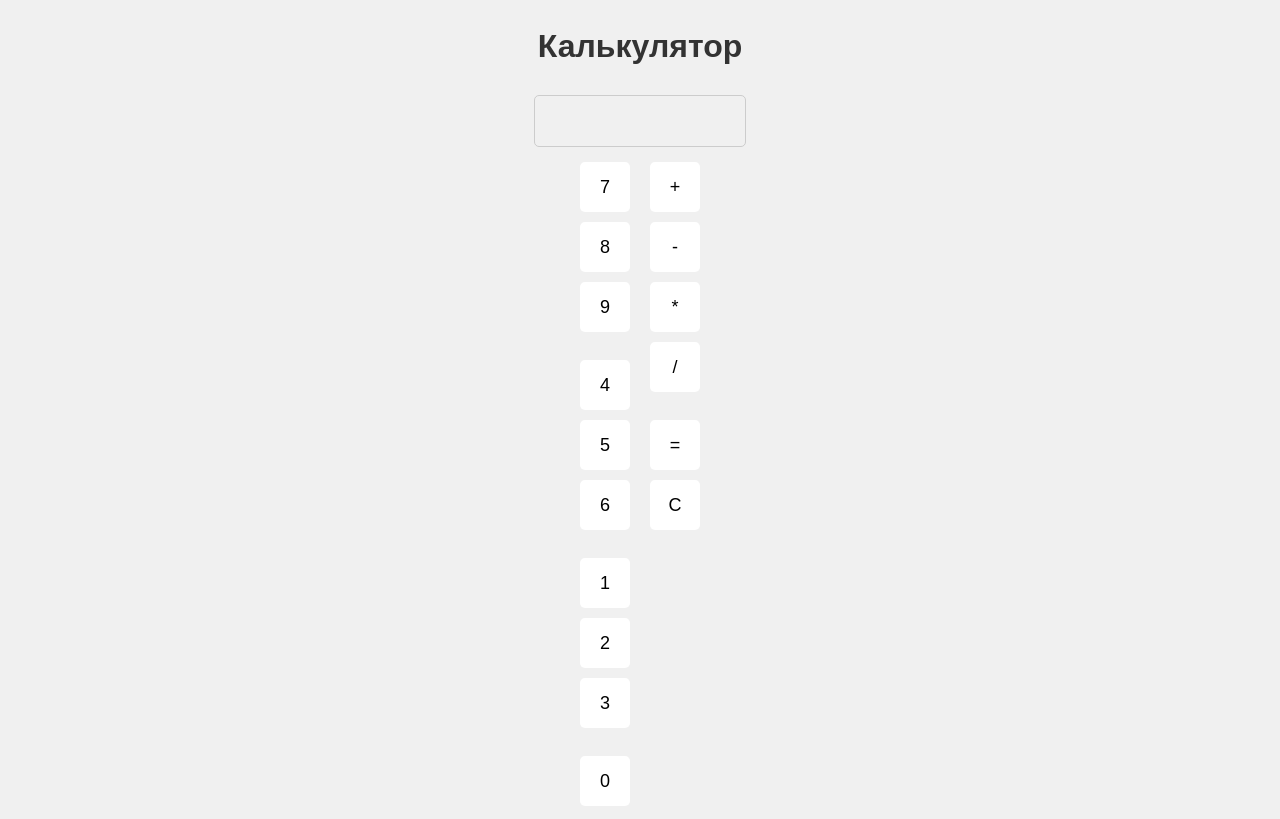
Repository: Burnmyheart/calculator
Page: index.html
The author's editor kept a copy of each file at every save. The page is drawn from the files as they stood at one save, then again after the next save.
The browser window is 1280 px wide. The pictures show the whole page.

Above is the page before, as saved 2025-04-28 18:45:52.

### index.html
<!DOCTYPE html>
<html lang="en">
  <head>
    <meta charset="UTF-8" />
    <meta name="viewport" content="width=device-width, initial-scale=1.0" />
    <title>Document</title>
    <link rel="stylesheet" href="style.css" />
  </head>
  <body>
    <h1>Калькулятор</h1>
    <input type="text" id="display" disabled />

    <div class="calculator">
      <div class="numbers">
        <button class="button" onclick="appendNumber('7')">7</button>
        <button class="button" onclick="appendNumber('8')">8</button>
        <button class="button" onclick="appendNumber('9')">9</button><br />

        <button class="button" onclick="appendNumber('4')">4</button>
        <button class="button" onclick="appendNumber('5')">5</button>
        <button class="button" onclick="appendNumber('6')">6</button><br />

        <button class="button" onclick="appendNumber('1')">1</button>
        <button class="button" onclick="appendNumber('2')">2</button>
        <button class="button" onclick="appendNumber('3')">3</button><br />

        <button class="button" onclick="appendNumber('0')">0</button>
      </div>

      <div class="operations">
        <button class="button" onclick="appendOperator('+')">+</button>
        <button class="button" onclick="appendOperator('-')">-</button>
        <button class="button" onclick="appendOperator('*')">*</button>
        <button class="button" onclick="appendOperator('/')">/</button><br />

        <button class="button" onclick="calculate()">=</button>
        <button class="button" onclick="clearOutput()">C</button>
      </div>
    </div>
  </body>
  <script src="script.js"></script>
</html>

### style.css
body {
  display: flex;
  flex-direction: column;
  align-items: center;
  font-family: Arial, sans-serif;
  background-color: #f0f0f0;
}

h1 {
  color: #333;
  margin: 20px 0;
}

#display {
  width: 200px;
  height: 40px;
  margin: 10px 0;
  font-size: 20px;
  text-align: right;
  padding: 5px;
  border: 1px solid #ccc;
  border-radius: 5px;
}

.calculator {
  display: flex;
  gap: 10px;
}

.numbers,
.operations {
  display: flex;
  flex-direction: column;
}

.button {
  width: 50px;
  height: 50px;
  margin: 5px;
  font-size: 18px;
  border: none;
  border-radius: 5px;
  background-color: #fff;
  cursor: pointer;
  transition: background-color 0.2s;
}

.button:hover {
  background-color: #e0e0e0;
}

.button:active {
  background-color: #d0d0d0;
}

### script.js
let display = document.getElementById("display");
let currentInput = "";
let firstNumber = null;
let operator = null;
let newNumber = true;

function appendNumber(num) {
  if (newNumber) {
    display.value = num;
    newNumber = false;
  } else {
    display.value += num;
  }
  currentInput = display.value;
}

function appendOperator(op) {
  if (firstNumber === null) {
    firstNumber = parseFloat(currentInput);
  } else if (!newNumber) {
    calculate();
  }
  operator = op;
  newNumber = true;
}

function calculate() {
  if (operator === null || newNumber) return;

  let secondNumber = parseFloat(currentInput);
  let result;

  switch (operator) {
    case "+":
      result = firstNumber + secondNumber;
      break;
    case "-":
      result = firstNumber - secondNumber;
      break;
    case "*":
      result = firstNumber * secondNumber;
      break;
    case "/":
      if (secondNumber === 0) {
        display.value = "Error";
        return;
      }
      result = firstNumber / secondNumber;
      break;
  }

  display.value = result;
  firstNumber = result;
  newNumber = true;
}

function clearOutput() {
  display.value = "";
  currentInput = "";
  firstNumber = null;
  operator = null;
  newNumber = true;
}

After the next save:
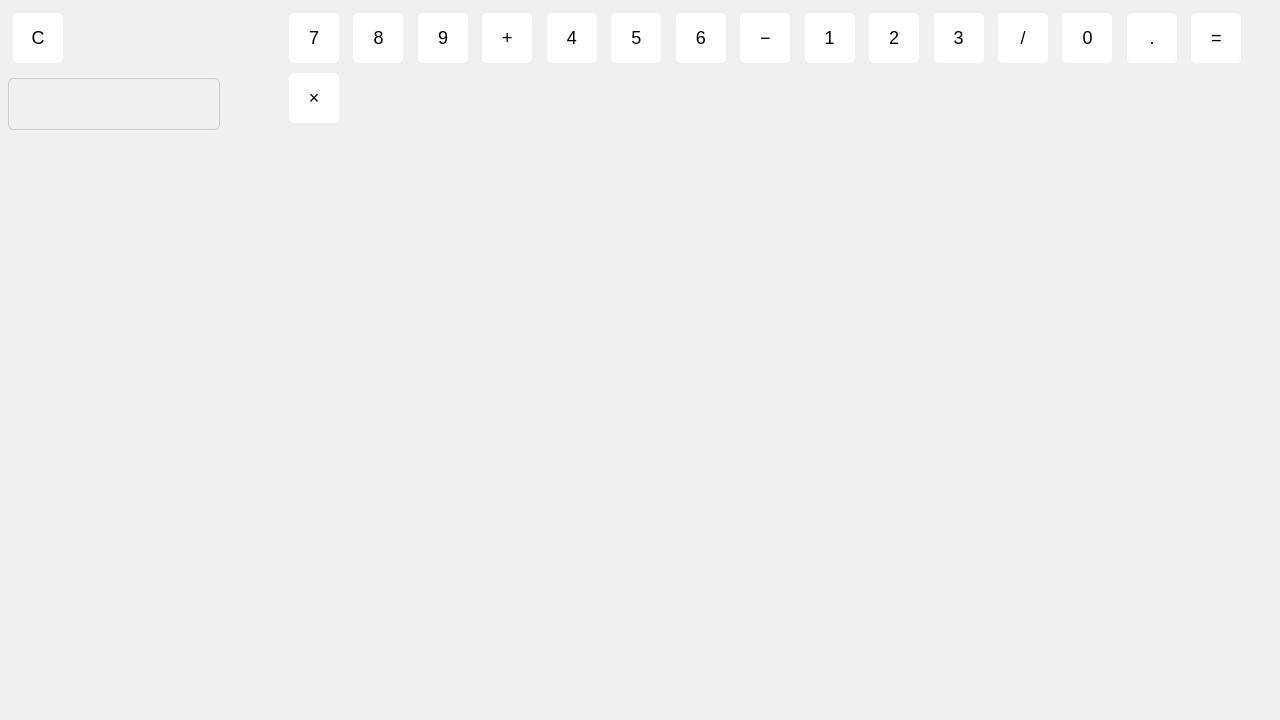
Saved 56 s later.
--- a/index.html
+++ b/index.html
@@ -3,40 +3,38 @@
   <head>
     <meta charset="UTF-8" />
     <meta name="viewport" content="width=device-width, initial-scale=1.0" />
-    <title>Document</title>
+    <title>Калькулятор</title>
     <link rel="stylesheet" href="style.css" />
   </head>
   <body>
-    <h1>Калькулятор</h1>
-    <input type="text" id="display" disabled />
+    <div class="calculator">
+      <div class="display-container">
+        <button class="button clear" onclick="clearOutput()">C</button>
+        <input type="text" id="display" disabled />
+      </div>
 
-    <div class="calculator">
-      <div class="numbers">
+      <div class="buttons-grid">
         <button class="button" onclick="appendNumber('7')">7</button>
         <button class="button" onclick="appendNumber('8')">8</button>
-        <button class="button" onclick="appendNumber('9')">9</button><br />
+        <button class="button" onclick="appendNumber('9')">9</button>
+        <button class="button operator" onclick="appendOperator('+')">+</button>
 
         <button class="button" onclick="appendNumber('4')">4</button>
         <button class="button" onclick="appendNumber('5')">5</button>
-        <button class="button" onclick="appendNumber('6')">6</button><br />
+        <button class="button" onclick="appendNumber('6')">6</button>
+        <button class="button operator" onclick="appendOperator('-')">−</button>
 
         <button class="button" onclick="appendNumber('1')">1</button>
         <button class="button" onclick="appendNumber('2')">2</button>
-        <button class="button" onclick="appendNumber('3')">3</button><br />
+        <button class="button" onclick="appendNumber('3')">3</button>
+        <button class="button operator" onclick="appendOperator('/')">/</button>
 
         <button class="button" onclick="appendNumber('0')">0</button>
-      </div>
-
-      <div class="operations">
-        <button class="button" onclick="appendOperator('+')">+</button>
-        <button class="button" onclick="appendOperator('-')">-</button>
-        <button class="button" onclick="appendOperator('*')">*</button>
-        <button class="button" onclick="appendOperator('/')">/</button><br />
-
-        <button class="button" onclick="calculate()">=</button>
-        <button class="button" onclick="clearOutput()">C</button>
+        <button class="button" onclick="appendNumber('.')">.</button>
+        <button class="button equals" onclick="calculate()">=</button>
+        <button class="button operator" onclick="appendOperator('*')">×</button>
       </div>
     </div>
+    <script src="script.js"></script>
   </body>
-  <script src="script.js"></script>
 </html>
